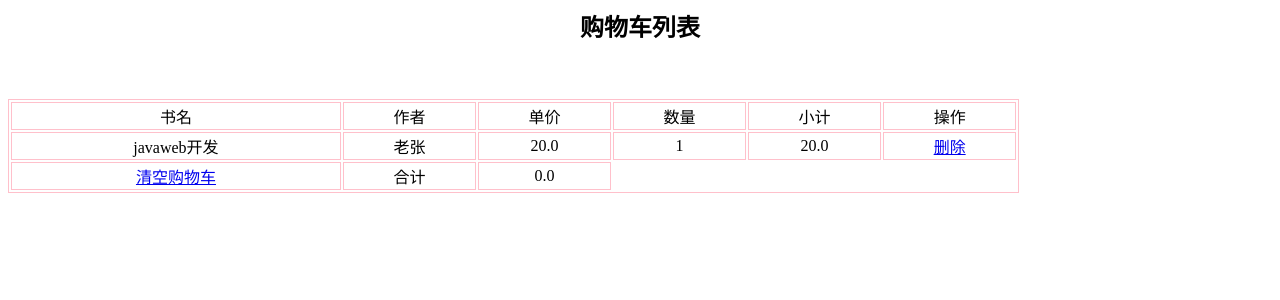
Repository: wsws1996/myproject
Page: http://localhost/day10/servlet/BuyServlet?bookid=1
An editor plug-in stored every save of this project. The page is shown before and after the next save, followed by the edit.
The browser window is 1280 px wide. The pictures show the whole page.
The page is served by Tomcat 9.

Above is the page before, as saved 2015-11-23 14:18:15.

After the next save:
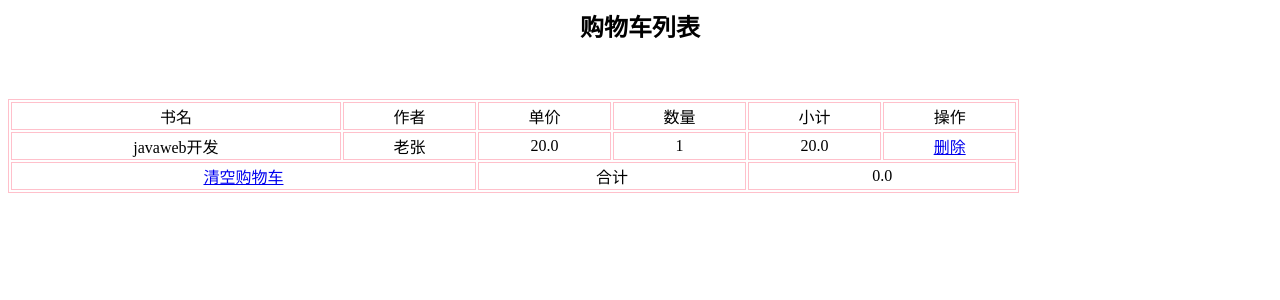
Saved 34 s later.
--- a/java/workspace/day10/WebRoot/WEB-INF/jsp/listcart.jsp
+++ b/java/workspace/day10/WebRoot/WEB-INF/jsp/listcart.jsp
@@ -34,11 +34,11 @@
 			</tr>
 		</c:forEach>
 		<tr>
-			<td>
+			<td colspan="2">
 				<a href="#">清空购物车</a>
 			</td>
-			<td>合计</td>
-			<td>${cart.price}</td>
+			<td colspan="2">合计</td>
+			<td colspan="2">${cart.price}</td>
 		</tr>
 	</table>
 </body>
